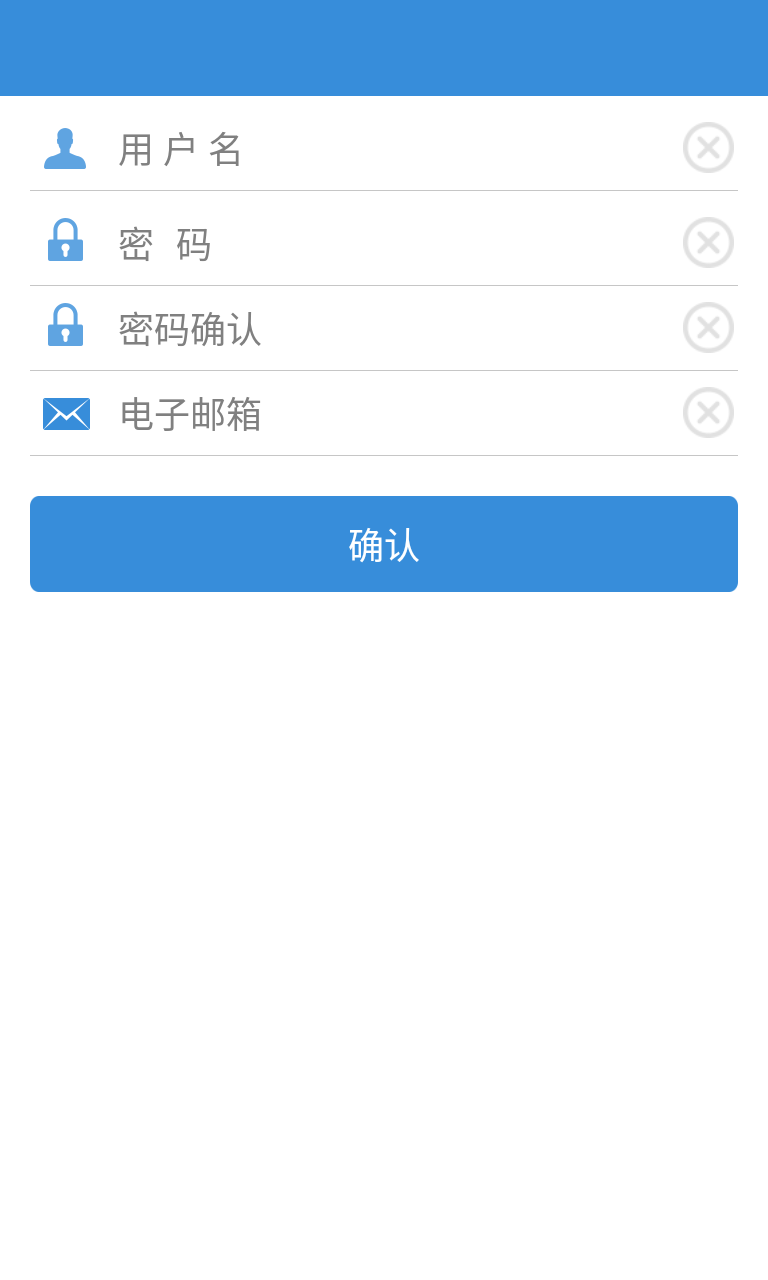
Repository: smli123/10AVTest
Layout: SmartLockEx/res/layout/activity_register.xml
The author's editor kept a copy of each file at every save. The layout is drawn from the files as they stood at one save, then again after the next save.
It is drawn on a 768 x 1280 px phone screen (xhdpi) without system bars, with theme AppTheme; the app's code is not run.

Above is the layout before, as saved 2018-09-12 09:55:40.

### SmartLockEx/res/layout/activity_register.xml
<?xml version="1.0" encoding="utf-8"?>
<LinearLayout xmlns:android="http://schemas.android.com/apk/res/android"
    android:layout_width="match_parent"
    android:layout_height="match_parent"
    android:orientation="vertical"
    android:background="@color/white"
    android:padding="0dp">

    <include
          android:id="@+id/commontitlebar"
          android:layout_width="match_parent"
          android:layout_height="wrap_content"
          layout="@layout/view_common_titlebar" />

    <LinearLayout
        android:id="@+id/toServerInformation"
        android:layout_width="match_parent"
        android:layout_height="wrap_content"
        android:layout_marginLeft="15dp"
        android:layout_marginRight="15dp"
        android:gravity="center_vertical"
        android:orientation="vertical" >

        <RelativeLayout
            android:id="@+id/layout_user"
            android:layout_width="match_parent"
            android:layout_height="wrap_content"
            android:layout_marginTop="10dp">

    		<ImageView
    		    android:id="@+id/img_user"
    		    android:layout_width="32dp"
    		    android:layout_height="32dp"
    		    android:layout_centerVertical="true"
    		    android:layout_marginLeft="2dp"
    		    android:src="@drawable/smp_user"
    		    android:text="@string/register_username"
    		    android:layout_alignParentLeft="true"
    		    android:contentDescription="@null"/>

    		<EditText
        		android:id="@+id/edtUserName"
        		android:layout_width="match_parent"
        		android:layout_height="wrap_content"
        		android:background="@null"
        		android:layout_marginLeft="10dp"
        		android:layout_toLeftOf="@+id/image_delname"
        		android:layout_toRightOf="@+id/img_user"
        		android:ems="10"
        		android:maxLength="12"
        		android:hint="@string/register_username"
        		android:singleLine="true"
        		android:textColor="@color/black"
        		android:textSize="@dimen/text_size_larsamll"
        		android:layout_centerVertical="true"
        		android:textCursorDrawable="@null"/>
			<ImageView
            	android:id="@+id/image_delname"
    		    android:layout_width="wrap_content"
        		android:layout_height="wrap_content"
            	android:src="@drawable/smp_input_delete"
            	android:contentDescription="@null"
            	android:layout_centerVertical="true"
            	android:layout_alignParentRight="true"
            	android:layout_marginRight="2dp"
            	android:visibility="visible"/>
        </RelativeLayout>

	    <ImageView
	        android:layout_width="match_parent"
	        android:layout_height="0.5dp"
	        android:layout_marginTop="5dp"
	        android:background="@color/alertdialog_line"/>


    	<RelativeLayout
        	android:layout_width="match_parent"
        	android:layout_height="wrap_content"
        	android:layout_marginTop="10dp">

    		<ImageView
    		    android:id="@+id/img_Pwd"
    		    android:layout_width="32dp"
        		android:layout_height="32dp"
        		android:text="@string/register_username"
        		android:layout_marginLeft="2dp"
        		android:layout_centerVertical="true"
        		android:layout_alignParentLeft="true"
        		android:src="@drawable/smp_user_pwd"
        		android:contentDescription="@null"/>

    		<EditText
        		android:id="@+id/edtPwd"
        		android:layout_width="match_parent"
        		android:layout_height="wrap_content"
        		android:background="@null"
        		android:layout_marginLeft="10dp"
        		android:ems="10"
        		android:maxLength="12"
        		android:layout_toLeftOf="@+id/image_delpwd"
        		android:layout_toRightOf="@+id/img_Pwd"
        		android:hint="@string/register_pwd"
        		android:singleLine="true"
        		android:textColor="@color/black"
        		android:textCursorDrawable="@null"
        		android:textSize="@dimen/text_size_larsamll"
        		android:layout_centerVertical="true"
        		android:inputType="textPassword"/>
			<ImageView
            	android:id="@+id/image_delpwd"
    		    android:layout_width="wrap_content"
        		android:layout_height="wrap_content"
            	android:src="@drawable/smp_input_delete"
            	android:contentDescription="@null"
            	android:layout_centerVertical="true"
            	android:layout_alignParentRight="true"
            	android:layout_marginRight="2dp"
            	android:visibility="visible"/>
    	</RelativeLayout>

	    <ImageView
	        android:layout_width="match_parent"
	        android:layout_height="0.5dp"
	        android:layout_marginTop="5dp"
	        android:background="@color/alertdialog_line"/>

    	<RelativeLayout
        	android:layout_width="match_parent"
        	android:layout_height="wrap_content"
      		android:layout_marginTop="5dp">

    		<ImageView
    		    android:id="@+id/img_confirmPwd"
    		    android:layout_width="32dp"
        		android:layout_height="32dp"
        		android:text="@string/register_username"
        		android:layout_marginLeft="2dp"
        		android:layout_gravity="center"
        		android:src="@drawable/smp_user_pwd"
        		android:layout_alignParentLeft="true"
        		android:layout_centerVertical="true"
        		android:contentDescription="@null"/>

    		<EditText
        		android:id="@+id/edtConfirmPwd"
        		android:layout_width="match_parent"
        		android:layout_height="wrap_content"
        		android:background="@null"
        		android:layout_marginLeft="10dp"
        		android:ems="10"
        		android:maxLength="12"
        		android:layout_toLeftOf="@+id/image_delconfirmpwd"
        		android:layout_toRightOf="@+id/img_confirmPwd"
        		android:hint="@string/register_confirmpwd"
        		android:singleLine="true"
        		android:textColor="@color/black"
        		android:textCursorDrawable="@null"
        		android:textSize="@dimen/text_size_larsamll"
        		android:layout_centerVertical="true"
        		android:inputType="textPassword" />
			<ImageView
            	android:id="@+id/image_delconfirmpwd"
    		    android:layout_width="wrap_content"
        		android:layout_height="wrap_content"
            	android:src="@drawable/smp_input_delete"
            	android:contentDescription="@null"
            	android:layout_centerVertical="true"
            	android:layout_alignParentRight="true"
            	android:layout_marginRight="2dp"
            	android:visibility="visible"/>
   		</RelativeLayout>

	    <ImageView
	        android:layout_width="match_parent"
	        android:layout_height="0.5dp"
	        android:layout_marginTop="5dp"
	        android:background="@color/alertdialog_line"/>

    	<RelativeLayout
        	android:layout_width="match_parent"
        	android:layout_height="wrap_content"
        	android:orientation="horizontal"
        	android:layout_marginTop="5dp">
    		<ImageView
    		    android:id="@+id/image_email"
    		    android:layout_width="32dp"
        		android:layout_height="32dp"
        		android:text="@string/register_username"
        		android:layout_marginLeft="2dp"
        		android:layout_centerVertical="true"
        		android:src="@drawable/smp_email"
        		android:contentDescription="@null"/>

    		<EditText
        		android:id="@+id/edtEmail"
        		android:layout_width="match_parent"
        		android:layout_height="wrap_content"
        		android:background="@null"
        		android:layout_marginLeft="10dp"
        		android:layout_toLeftOf="@+id/image_delemail"
        		android:layout_toRightOf="@+id/image_email"
        		android:ems="10"
        		android:singleLine="true"
        		android:hint="@string/register_email"
        		android:textColor="@color/black"
        		android:textCursorDrawable="@null"
        		android:layout_centerVertical="true"
        		android:textSize="@dimen/text_size_larsamll"
        		android:inputType="textEmailAddress" />
			<ImageView
            	android:id="@+id/image_delemail"
    		    android:layout_width="wrap_content"
        		android:layout_height="wrap_content"
            	android:src="@drawable/smp_input_delete"
            	android:contentDescription="@null"
            	android:layout_centerVertical="true"
            	android:layout_alignParentRight="true"
            	android:layout_marginRight="2dp"
            	android:visibility="visible"/>
    	</RelativeLayout>

	    <ImageView
	        android:layout_width="match_parent"
	        android:layout_height="0.5dp"
	        android:layout_marginTop="5dp"
	        android:background="@color/alertdialog_line"/>

		<Button
      		android:id="@+id/register_ok"
       		android:layout_width="match_parent"
       		android:layout_height="wrap_content"
       		android:layout_marginTop="20dp"
       		android:layout_gravity="center"
       		android:text="@string/smartlock_ok"
       		android:textColor="@color/white"
       		android:textSize="@dimen/text_size_larsamll"
       		android:background="@drawable/btn_selector" />

    </LinearLayout>
</LinearLayout>

### SmartLockEx/res/values/styles.xml
<resources>

    <!--
        Base application theme, dependent on API level. This theme is replaced
        by AppBaseTheme from res/values-vXX/styles.xml on newer devices.
    -->
    <style name="AppBaseTheme" parent="android:Theme.Light">
        <!--
            Theme customizations available in newer API levels can go in
            res/values-vXX/styles.xml, while customizations related to
            backward-compatibility can go here.
        -->
    </style>

    <!-- Application theme. -->
    <style name="AppTheme" parent="AppBaseTheme">
        <!-- All customizations that are NOT specific to a particular API-level can go here. -->
    </style>

    <!-- 自定义loading dialog -->
    <style name="loading_dialog" parent="android:style/Theme.Dialog">
        <item name="android:windowFrame">@null</item>
        <item name="android:windowNoTitle">true</item>
        <item name="android:windowBackground">@android:color/transparent</item>
        <item name="android:windowIsFloating">true</item>
        <item name="android:windowContentOverlay">@null</item>
    </style>

    <!-- 自定义仿IOS的AlertDialog的样式 -->
    <style name="AlertDialogStyle" parent="@android:style/Theme.Dialog">
        <item name="android:windowBackground">@android:color/transparent</item>
        <item name="android:windowContentOverlay">@null</item>
        <item name="android:windowIsFloating">true</item>
        <item name="android:windowFrame">@null</item>
        <item name="android:backgroundDimEnabled">true</item>
        <item name="android:windowNoTitle">true</item>
        <item name="android:windowIsTranslucent">true</item>
    </style>

</resources>

### SmartLockEx/res/values/colors.xml
<resources>

    <!-- 白色 -->
    <color name="white">#ffffff</color>
    <!-- 黑色 -->
    <color name="black">#000000</color>
    <!-- 红色 -->
    <color name="red">#ff0000</color>
    <!-- 透明色 -->
    <color name="transparent">#00000000</color>
     <!-- 黄色 -->
    <color name="yellow">#966314</color>
    <!-- 蓝色 -->
    <color name="blue">#0074E1</color>
	<!-- 灰色 -->
    <color name="gray">#929292</color>
	<!-- 绿色 -->
    <color name="green">#4cbc60</color>

    <!-- Listview 分割线颜色 -->
    <color name="listview_seperator_color">#CCCCCCAA</color>

    <!-- list姓名字体颜色 -->
    <color name="listitem_name_text_color">#000000</color>
    <!-- list号码字体颜色 -->
    <color name ="listitem_phone_text_color">#777778</color>
    <!-- list其他信息字体颜色 -->
    <color name ="listitem_extra_text_color">#777778</color>

    <color name="commom_bg_color">#ebebeb</color>

    <color name="list_backgroud_color">#2fb3cb</color>


    <!-- 联系人详情界面职位字体颜色 -->
    <color name="person_company_color">#ababab</color>

    <!-- Login UI -->
    <color name="start_line_color">#E0004E</color>
	<color name="start_button_color">#D80050</color>

    <color name="login_seperator">#c6c6c6</color>

    <color name="trans">#00000000</color>
    <color name="alertdialog_line">#c6c6c6</color>
    <color name="actionsheet_blue">#0074E1</color>
    <color name="actionsheet_red">#FD4A2E</color>
    <color name="actionsheet_gray">#8F8F8F</color>

    <color name="lightwhite">#ff41484f</color>

</resources>

### SmartLockEx/res/layout/view_common_titlebar.xml
<?xml version="1.0" encoding="utf-8"?>
<RelativeLayout xmlns:android="http://schemas.android.com/apk/res/android"
    android:layout_width="match_parent"
    android:layout_height="match_parent">

    <RelativeLayout
        android:id="@+id/layout_commonbar"
        android:layout_width="match_parent"
        android:layout_height="wrap_content"
        android:layout_centerVertical="true"
        android:background="@drawable/smp_common_toolbar"
        android:layout_alignParentTop="true"
        android:gravity="center_vertical" >

    	<Button
	        android:id="@+id/titlebar_leftbutton"
	        android:layout_width="wrap_content"
	        android:layout_height="wrap_content"
	        android:contentDescription="@null"
	        android:layout_alignParentLeft="true"
	        android:layout_centerVertical="true"
	        android:textColor="@color/white"
	        android:visibility="gone"/>

	    <TextView
	        android:id="@+id/titlebar_caption"
	        android:layout_width="wrap_content"
	        android:layout_height="wrap_content"
	        android:layout_centerHorizontal="true"
	        android:layout_centerVertical="true"
	        android:text="@null"
	        android:textColor="@color/white"
	        android:textSize="@dimen/text_size_minimedium"
	        />

	    <Button
	        android:id="@+id/titlebar_rightbutton"
	        android:layout_width="wrap_content"
	        android:layout_height="wrap_content"
	        android:contentDescription="@null"
	        android:layout_alignParentRight="true"
	        android:layout_centerVertical="true"
	        android:visibility="gone"
	        />


	</RelativeLayout>

</RelativeLayout>

### SmartLockEx/res/values/strings.xml
<?xml version="1.0" encoding="utf-8"?>
<resources>

    <string name="app_name">SmartLockEx</string>
    <string name="hello_world">Hello world!</string>
    <string name="action_settings">Settings</string>
    <string name="app_version_unknown">Unknown version</string>

    <string name="smartlock_title_dev">设备</string>
    <string name="smartlock_title_message">消息</string>
    <string name="smartlock_title_settings">我的</string>

    <string name="smartlock_goback">返回</string>
    <string name="smartlock_exit">退出</string>
    <string name="smartlock_ok">确认</string>
    <string name="smartlock_cancel">取消</string>
    <string name="smartlock_confirm">确定</string>
    <string name="register_title_register">注册</string>
    <string name="register_title_modify">编辑注册信息</string>
    <string name="register_username">用 户 名</string>
    <string name="register_appphonenumber">手机号码</string>
    <string name="register_pwd">密 码</string>
    <string name="register_confirmpwd">密码确认</string>
    <string name="register_email">电子邮箱</string>
    <string name="register_pwdfindSIM">密保号码</string>

    <string name="app_input_information">请输入信息</string>

    <string name="smartlock_nosharp_email">邮箱中不能包含#符号</string>
    <string name="smartlock_nosharp_username">用户名中不能包含#符号</string>
    <string name="smartlock_nosharp_pwd">密码中不能包含#符号</string>
    <string name="pull_to_refresh">下拉可以刷新</string>
    <string name="release_to_refresh">释放立即刷新</string>
    <string name="refreshing">正在刷新…</string>
    <string name="not_updated_yet">暂未更新过</string>
    <string name="updated_at">上次更新于 %s 前</string>
    <string name="updated_just_now">刚刚更新</string>
    <string name="time_error">时间有问题</string>

    <string name="update_minute">分钟</string>
    <string name="update_hour">小时</string>
    <string name="update_day">天</string>
    <string name="update_month">月</string>
    <string name="update_year">年</string>

    <string name="login_register">注册</string>
    <string name="login_login">登录</string>
    <string name="login_logining">正在登录...</string>
    <string name="login_wellcome">欢迎%s, </string>
    <string name="login_inputuser">请填写用户名</string>
    <string name="login_inputpwd">请填写密码</string>
    <string name="login_savepwd">记住密码</string>
    <string name="login_pwd_error">密码错误</string>
    <string name="login_pwd_findback">忘记密码?</string>
    <string name="login_pwd_sent">密码已发送到 </string>
    <string name="login_pwd_findconfirm_sms">确定发送密码短信？</string>
    <string name="login_pwd_findconfirm_email">确定发送密码邮件？</string>
    <string name="login_pwd_network_invalid">请打开WiFi或数据连接</string>
    <string name="login_pwd_wifi_notopen">请打开WiFi连接</string>
    <string name="login_pwd_network_connect">打开WiFi或数据连接</string>
    <string name="login_pwd_sendemail">邮件</string>
    <string name="login_pwd_sendsms">短信</string>
    <string name="login_info_no_internet">没有数据网络</string>
    <string name="login_info_no_email">没有邮件地址</string>
    <string name="login_info_no_phone">没有电话号码</string>
    <string name="login_timeout_devices">连接智能插座超时</string>
    <string name="login_cmd_socket_timeout">连接智慧家居中心失败，请确认已经连接上互联网</string>
    <string name="login_cmd_socket_timeout_devices">连接智能插座超时</string>
    <string name="login_input_email">请填写您注册时使用的邮箱</string>
    <string name="login_pwd_send_email_ok">密码已发送到邮件</string>
    <string name="login_logout">退出登录</string>

    <string name="login_timeout">连接服务器超时，请确认已经连接上互联网</string>
    <string name="oper_error">操作失败，请重试</string>
    <string name="oper_success">操作成功</string>

    <string name="register_info_nousername">用户名不能为空</string>
    <string name="register_info_noappphone">手机号码不能为空</string>
    <string name="register_info_nopwd">密码不能为空</string>
    <string name="register_info_noconfirmpwd">请输入确认密码</string>
    <string name="register_info_noemail">电子邮箱不能为空</string>
    <string name="register_info_invalidemail">非有效的电子邮箱</string>
    <string name="register_info_pwdconfirmerror">两次密码不一致，请重新输入</string>
    <string name="register_info_nomodulephone">请输入模块的电话号码</string>
    <string name="register_info_nofindpwdandemail">没有找到密码和Email</string>
    <string name="register_info_nofindpwdphoneandemail">请输入找回密码Email</string>
    <string name="register_info_nocarnumber">请输入车牌号</string>
    <string name="register_info_lessthansixchar">密码长度不能小于6个字符</string>
    <string name="register_info_morethantwentychar">密码长度不能大于20个字符</string>
    <string name="register_info_pwdinvalid">密码只能是数字或英文字母</string>
    <string name="register_info_selectoption">请选择</string>
    <string name="register_info_modify">编辑</string>
    <string name="register_info_delete">删除</string>
    <string name="register_photo_by_camera">拍照</string>
    <string name="register_photo_by_gallery">选择图片</string>
    <string name="register_photo_del">删除</string>
    <string name="register_network_vaild">请先打开WiFi或数据连接</string>
    <string name="register_no_moduleid">模块ID为空</string>
    <string name="register_no_right">无权限操作</string>
    <string name="register_register_now">正在注册...</string>

    <string name="smartlock_login_findpwd">"找回密码..."</string>
    <string name="smartlock_login_getpwd">"请到邮箱查看密码"</string>

    <string name="common_timeout">时间超时</string>
	<string name="smartlock_add_fail">"增加门锁失败"</string>

	<!-- 错误码 -->
	<string name="app_response_not_register">用户尚未注册</string>
	<string name="app_response_password_error">登录密码错误</string>
	<string name="app_response_lock_noresponse">门锁未响应命令</string>
	<string name="app_response_user_exist">用户已注册过</string>
	<string name="app_response_invalid_string">发送给服务器的操作无效</string>
	<string name="app_response_user_logined">用户已登录</string>
	<string name="app_response_lock_not_exist">门锁不存在</string>
	<string name="app_response_lock_been_assigned">门锁已经配置给其他用户</string>
	<string name="app_response_user_no_plug">您名下无此门锁</string>
	<string name="app_response_lock_name_exist">您名下已有同名门锁</string>
	<string name="app_response_lock_offline">门锁不在线</string>
	<string name="app_response_pwd_email_error">密码邮箱错误</string>
	<string name="app_response_login_fail">"登录服务器失败"</string>
	<string name="app_response_email_registered">邮箱已注册过</string>
	<string name="app_response_unknown_error">未知错误</string>
	<string name="app_response_login_fail_devices">"登录智能门锁失败了"</string>
	<string name="app_response_device_online">"门锁上线"</string>
	<string name="app_response_device_offline">"门锁离线"</string>

	<string name="server_response_fail_to_insert_db">服务器写数据库失败</string>
	<string name="server_response_fail_to_update_db">服务器更新数据库失败</string>
	<string name="server_response_fail_to_send_pwd_email">服务器重置邮件发送失败</string>

	<string name="smartlock_oper_back2ap_fail">"复位设备失败"</string>

	<string name="smartlock_ctrl_modifyplugname_fail">"修改门锁名称失败"</string>
	<string name="smartlock_ctrl_modifypwd_fail">"修改密码失败"</string>
	<string name="smartlock_ctrl_delete_fail">"删除门锁失败"</string>
	<string name="smartlock_oper_light_fail">"操作夜灯失败"</string>
	<string name="smartlock_oper_power_fail">"操作电源失败"</string>
	<string name="smartlock_oper_usb_fail">"操作USB失败"</string>

    <string name="smartlock_ctrl_userregister_fail">"用户注册失败"</string>
    <string name="smartlock_ctrl_resetpwd_fail">"重置密码失败"</string>

</resources>

### SmartLockEx/res/values/dimens.xml
<resources>

    <!-- Default screen margins, per the Android Design guidelines. -->
    <dimen name="activity_horizontal_margin">16dp</dimen>
    <dimen name="activity_vertical_margin">16dp</dimen>

    <dimen name="version_font_size">16dp</dimen>

    <!-- login UI -->
    <dimen name="login_margin_sf">20dp</dimen>
	<dimen name="login_margin_left_right_edit">40dp</dimen>
	<dimen name="login_margin_right">50dp</dimen>
	<dimen name="login_et_padding_bottom">5dp</dimen>
	<dimen name="login_et_dw_padding">5dp</dimen>
	<dimen name="login_et_margin_top">100dp</dimen>
	<dimen name="login_et_text_size">15sp</dimen>

	<dimen name="login_button_margin_top">30dp</dimen>
	<dimen name="login_button_text_margin_top">10dp</dimen>

	<dimen name="login_sf_margin_top">80dp</dimen>
	<dimen name="login_sf_line_tv_left">20dp</dimen>
	<dimen name="login_sf_line_tv_right">10dp</dimen>

	<dimen name="login_sf_image_height_width">60dp</dimen>

	<dimen name="login_pass_et_margin_top">20dp</dimen>

	    <!-- 文本大小  设计公司参考部分，上部分的设置将取消 -->
    <dimen name="text_size_minisamll">12sp</dimen>
    <dimen name="text_size_midsamll">15sp</dimen>
    <dimen name="text_size_norsamll">16sp</dimen>
    <dimen name="text_size_larsamll">18sp</dimen>
    <dimen name="text_size_minimedium">20sp</dimen>
    <dimen name="text_size_mdimedium">23sp</dimen>
    <dimen name="text_size_normedium">24sp</dimen>
    <dimen name="text_size_largemedium">26sp</dimen>
    <dimen name="text_size_xlargemedium">27sp</dimen>
    <dimen name="text_size_norlarge">33sp</dimen>
    <dimen name="text_size_xxxlarge">60sp</dimen>
</resources>

### SmartLockEx/res/drawable/btn_selector.xml
<?xml version="1.0" encoding="utf-8"?>
<!--
     Copyright (C) 2008 The Android Open Source Project

     Licensed under the Apache License, Version 2.0 (the "License");
     you may not use this file except in compliance with the License.
     You may obtain a copy of the License at

          http://www.apache.org/licenses/LICENSE-2.0

     Unless required by applicable law or agreed to in writing, software
     distributed under the License is distributed on an "AS IS" BASIS,
     WITHOUT WARRANTIES OR CONDITIONS OF ANY KIND, either express or implied.
     See the License for the specific language governing permissions and
     limitations under the License.
-->

<selector xmlns:android="http://schemas.android.com/apk/res/android">

    <item android:state_pressed="true" android:drawable="@drawable/smp_button_pressed" />
    <item android:state_focused="true" android:drawable="@drawable/smp_button_pressed" />
    <item android:state_selected="true" android:drawable="@drawable/smp_button_pressed" />
    <item android:state_enabled="false" android:drawable="@drawable/smp_button_enabled" />

    <item android:drawable="@drawable/smp_button_normal"/>

</selector>

Loaded but not shown: SmartLockEx/res/values-v11/styles.xml (common file); SmartLockEx/res/values-v14/styles.xml (common file)

After the next save:
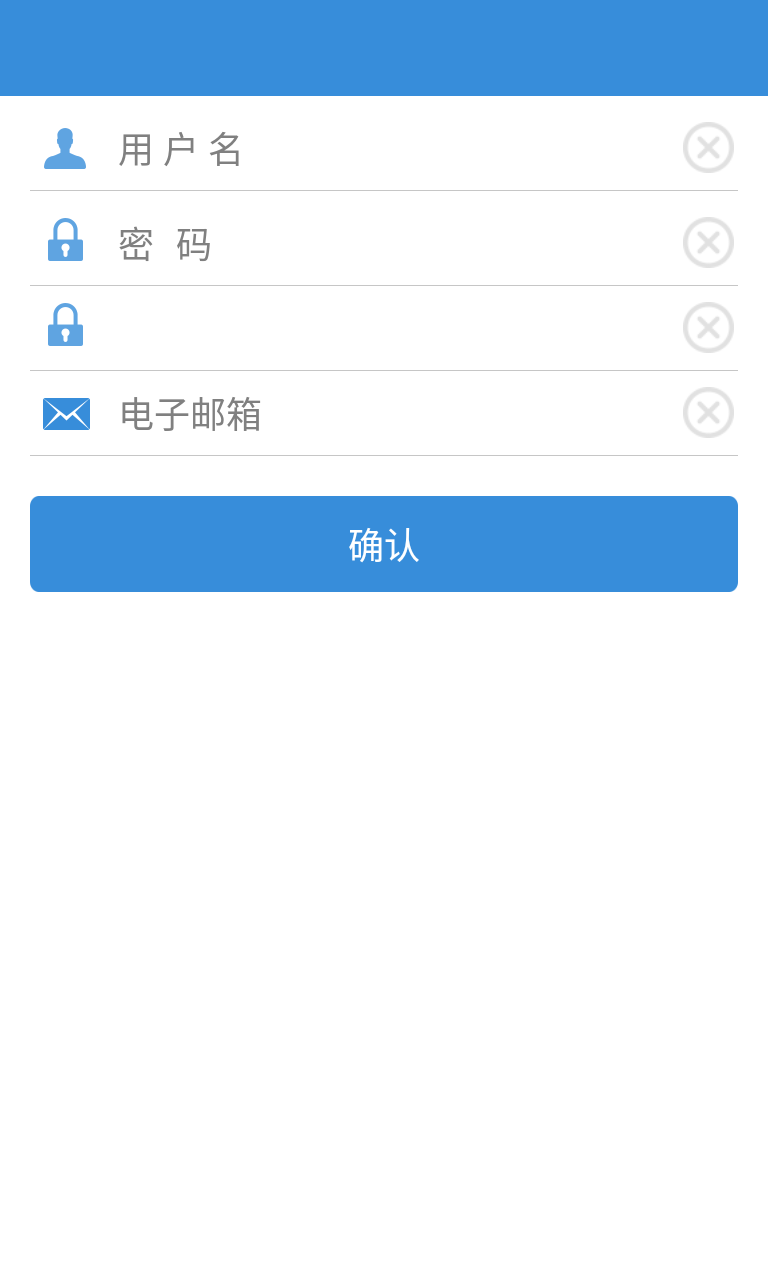
Saved 93 s later.
--- a/SmartLockEx/res/layout/activity_register.xml
+++ b/SmartLockEx/res/layout/activity_register.xml
@@ -157,7 +157,8 @@
         		android:textCursorDrawable="@null"
         		android:textSize="@dimen/text_size_larsamll"
         		android:layout_centerVertical="true"
-        		android:inputType="textPassword" />
+        		android:inputType="textPassword"
+        		android:visibility="gone"/>
 			<ImageView
             	android:id="@+id/image_delconfirmpwd"
     		    android:layout_width="wrap_content"
